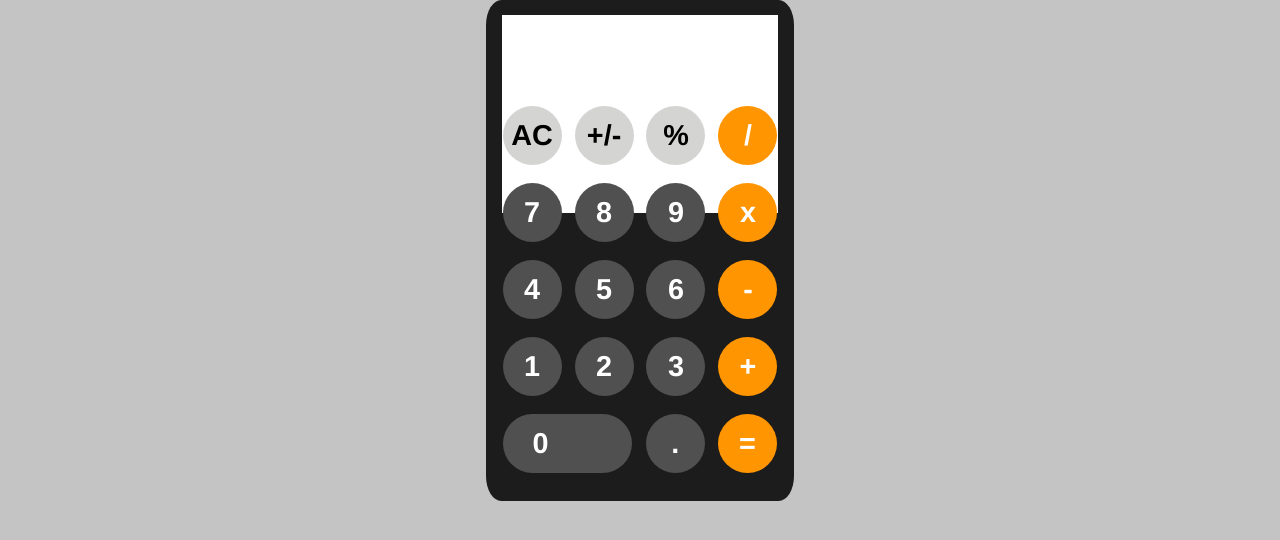
Repository: raulpenate/Calculadora-VUE3
Page: /
These files come from the project's save history. The page is drawn as it stood at one moment and after the next save; the edit follows.
The browser window is 1280 px wide. The pictures show the whole page.
The project was rebuilt for these pictures with package versions that can differ from the ones it lists, and the page was loaded fresh each time. Also part of the build but not shown: src/components/HelloWorld.vue.

Above is the page before, as saved 2022-03-11 11:14:38.

After the next save:
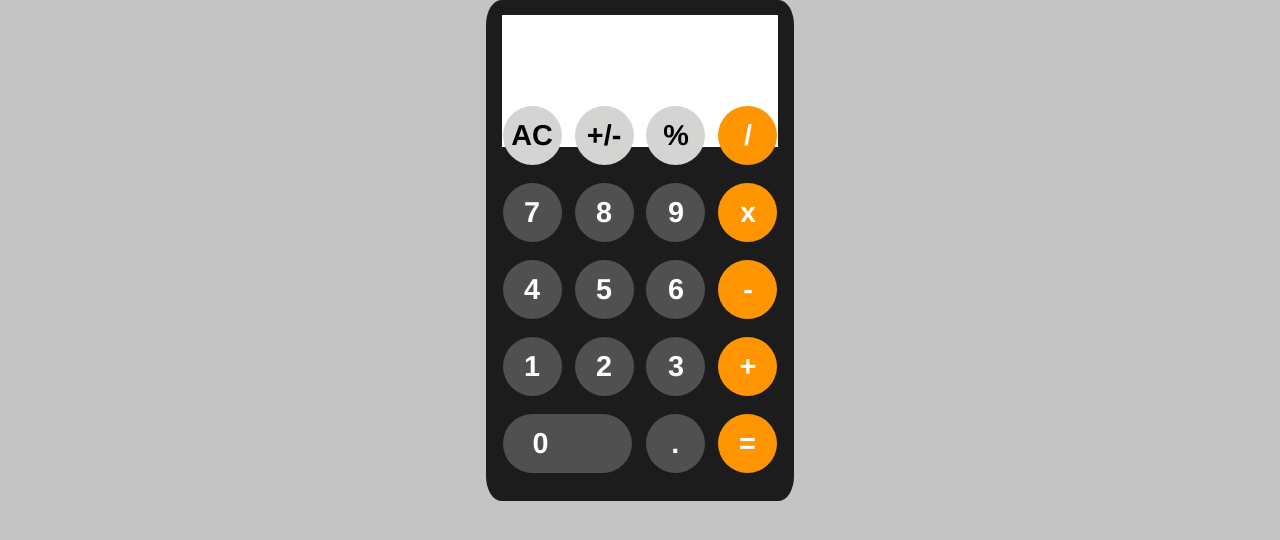
Saved 13 s later.
--- a/src/components/Calculator.vue
+++ b/src/components/Calculator.vue
@@ -80,7 +80,7 @@ body{
     border: none;
     text-align: right;
     font-size: 8vh;
-    height: 300%;
+    height: 200%;
 }
 
 input[type=number]::-webkit-inner-spin-button,
